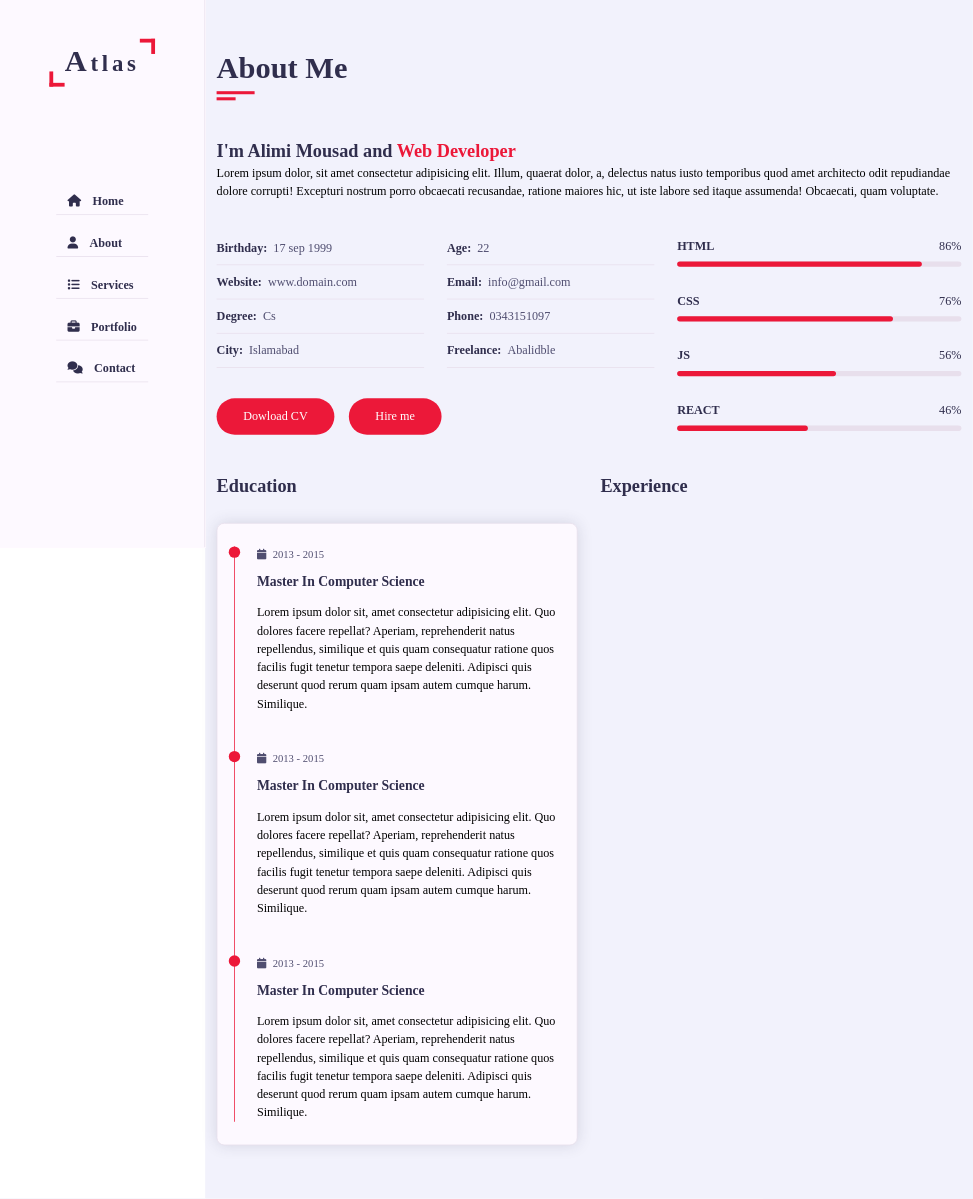
Repository: luanhoang0902/portfolio-ui
Page: index.html
An editor plug-in stored every save of this project. The page is shown before and after a run of saves, followed by the edit.
The browser window is 1280 px wide. The pictures show the whole page, at 76% of full size.
Some web fonts or font styles are not loaded; a fallback is used. Some web libraries are served in a nearby version.

Above is the page before, as saved 2022-06-02 17:23:52.

### index.html
<!DOCTYPE html>
<html lang="en">
  <head>
    <meta charset="UTF-8" />
    <meta http-equiv="X-UA-Compatible" content="IE=edge" />
    <meta name="viewport" content="width=device-width, initial-scale=1.0" />
    <title>Document</title>

    <!--  ===== CSS Files ===== -->
    <link rel="stylesheet" href="./css/style.css" />
    <link rel="stylesheet" href="./css/skins/color-1.css" />
    <link
      rel="stylesheet"
      href="https://cdnjs.cloudflare.com/ajax/libs/font-awesome/6.1.1/css/all.min.css"
    />
  </head>
  <body>
    <!--  ===== Main Container Start> ===== -->
    <div class="main-container">
      <!--  ===== Aside Start> ===== -->
      <div class="aside">
        <div class="logo">
          <a href="#"><span>A</span>tlas</a>
        </div>
        <div class="nav-toggler">
          <span></span>
        </div>
        <ul class="nav">
          <li>
            <a href="#"><i class="fa fa-home" class="active"></i>Home</a>
          </li>
          <li>
            <a href="#"><i class="fa fa-user"></i>About</a>
          </li>
          <li>
            <a href="#"><i class="fa fa-list"></i>Services</a>
          </li>
          <li>
            <a href="#"><i class="fa fa-briefcase"></i>Portfolio</a>
          </li>
          <li>
            <a href="#"><i class="fa fa-comments"></i>Contact</a>
          </li>
        </ul>
      </div>
      <!--  ===== Aside End> ===== -->
      <!--  ===== Main Content Start> ===== -->
      <div class="main-content">
        <!--  ===== Home Selection Start> ===== -->
        <section class="home section hidden">
          <div class="container">
            <div class="row">
              <div class="home-info padd-15">
                <h3 class="hello">
                  Hello, my name is <span class="name">Alimi Mousaad</span>
                </h3>
                <h3 class="my-profession">
                  I'm a <span class="typing">web designer</span>
                </h3>
                <p>
                  Lorem ipsum, dolor sit amet consectetur adipisicing elit.
                  Molestiae quos assumenda at illum nisi dolores sequi quisquam?
                  Eaque, earum temporibus.
                </p>
                <a href="#contact" class="btn hire-me">Hire Me</a>
              </div>
              <div class="home-img">
                <img src="./images/avatar.JPG" alt="" />
              </div>
            </div>
          </div>
        </section>
        <!--  ===== Home Selection End> ===== -->
        <!--  ===== About Selection Start> ===== -->
        <section class="about section padd-15">
          <div class="container">
            <div class="row">
              <div class="section-title padd-15">
                <h2>About Me</h2>
              </div>
            </div>
            <div class="row">
              <div class="about-content padd-15">
                <div class="row">
                  <div class="about-text padd-15">
                    <h3>I'm Alimi Mousad and <span>Web Developer</span></h3>
                    <p>
                      Lorem ipsum dolor, sit amet consectetur adipisicing elit.
                      Illum, quaerat dolor, a, delectus natus iusto temporibus
                      quod amet architecto odit repudiandae dolore corrupti!
                      Excepturi nostrum porro obcaecati recusandae, ratione
                      maiores hic, ut iste labore sed itaque assumenda!
                      Obcaecati, quam voluptate.
                    </p>
                  </div>
                </div>
                <div class="row">
                  <div class="personal-info padd-15">
                    <div class="row">
                      <div class="info-item padd-15">
                        <p>Birthday: <span>17 sep 1999</span></p>
                      </div>
                      <div class="info-item padd-15">
                        <p>Age: <span>22</span></p>
                      </div>
                      <div class="info-item padd-15">
                        <p>Website: <span>www.domain.com</span></p>
                      </div>
                      <div class="info-item padd-15">
                        <p>Email: <span>info@gmail.com</span></p>
                      </div>
                      <div class="info-item padd-15">
                        <p>Degree: <span>Cs</span></p>
                      </div>
                      <div class="info-item padd-15">
                        <p>Phone: <span>0343151097</span></p>
                      </div>
                      <div class="info-item padd-15">
                        <p>City: <span>Islamabad</span></p>
                      </div>
                      <div class="info-item padd-15">
                        <p>Freelance: <span>Abalidble</span></p>
                      </div>
                    </div>
                    <div class="row">
                      <div class="buttons padd-15">
                        <a href="#" class="btn">Dowload CV</a>
                        <a href="#contact" class="btn hire-me">Hire me</a>
                      </div>
                    </div>
                  </div>
                  <div class="skills padd-15">
                    <div class="row">
                      <div class="skill-item padd-15">
                        <h5>HTML</h5>
                        <div class="progress">
                          <div class="progress-in" style="width: 86%"></div>
                          <div class="skill-percent">86%</div>
                        </div>
                      </div>
                      <div class="skill-item padd-15">
                        <h5>CSS</h5>
                        <div class="progress">
                          <div class="progress-in" style="width: 76%"></div>
                          <div class="skill-percent">76%</div>
                        </div>
                      </div>
                      <div class="skill-item padd-15">
                        <h5>JS</h5>
                        <div class="progress">
                          <div class="progress-in" style="width: 56%"></div>
                          <div class="skill-percent">56%</div>
                        </div>
                      </div>
                      <div class="skill-item padd-15">
                        <h5>REACT</h5>
                        <div class="progress">
                          <div class="progress-in" style="width: 46%"></div>
                          <div class="skill-percent">46%</div>
                        </div>
                      </div>
                    </div>
                  </div>
                </div>
                <div class="row">
                  <div class="education padd-15">
                    <h3 class="title">Education</h3>
                    <div class="row">
                      <div class="timeline-box padd-15">
                        <div class="timeline shadow-dark">
                          <!-- ===== timeline item ===== -->
                          <div class="timeline-item">
                            <div class="circle-dot"></div>
                            <h3 class="timeline-date">
                              <i class="fa fa-calendar"></i> 2013 - 2015
                            </h3>
                            <h4 class="timeline-title">
                              Master in Computer Science
                            </h4>
                            <p class="timeline-text">
                              Lorem ipsum dolor sit, amet consectetur
                              adipisicing elit. Quo dolores facere repellat?
                              Aperiam, reprehenderit natus repellendus,
                              similique et quis quam consequatur ratione quos
                              facilis fugit tenetur tempora saepe deleniti.
                              Adipisci quis deserunt quod rerum quam ipsam autem
                              cumque harum. Similique.
                            </p>
                          </div>
                          <!-- ===== timeline item ===== -->
                          <div class="timeline-item">
                            <div class="circle-dot"></div>
                            <h3 class="timeline-date">
                              <i class="fa fa-calendar"></i> 2013 - 2015
                            </h3>
                            <h4 class="timeline-title">
                              Master in Computer Science
                            </h4>
                            <p class="timeline-text">
                              Lorem ipsum dolor sit, amet consectetur
                              adipisicing elit. Quo dolores facere repellat?
                              Aperiam, reprehenderit natus repellendus,
                              similique et quis quam consequatur ratione quos
                              facilis fugit tenetur tempora saepe deleniti.
                              Adipisci quis deserunt quod rerum quam ipsam autem
                              cumque harum. Similique.
                            </p>
                          </div>
                          <!-- ===== timeline item ===== -->
                          <div class="timeline-item">
                            <div class="circle-dot"></div>
                            <h3 class="timeline-date">
                              <i class="fa fa-calendar"></i> 2013 - 2015
                            </h3>
                            <h4 class="timeline-title">
                              Master in Computer Science
                            </h4>
                            <p class="timeline-text">
                              Lorem ipsum dolor sit, amet consectetur
                              adipisicing elit. Quo dolores facere repellat?
                              Aperiam, reprehenderit natus repellendus,
                              similique et quis quam consequatur ratione quos
                              facilis fugit tenetur tempora saepe deleniti.
                              Adipisci quis deserunt quod rerum quam ipsam autem
                              cumque harum. Similique.
                            </p>
                          </div>
                        </div>
                      </div>
                    </div>
                  </div>
                  <div class="experience padd-15">
                    <h3 class="title">Experience</h3>
                  </div>
                </div>
              </div>
            </div>
          </div>
        </section>
        <!--  ===== About Selection End> ===== -->
      </div>
      <!--  ===== Main Content End> ===== -->
    </div>
    <!--  ===== Main Container End> ===== -->
    <!--  ===== JS Files ===== -->
    <script src="js/script.js"></script>
  </body>
</html>

### css/style.css
/* import font chữ vào */
@import url('https://fonts.googleapis.com/css2?family=Clicker+Script&family=Montserrat:ital,wght@1,100&family=Poppins:ital,wght@0,200;0,300;0,400;0,500;0,700;1,600&display=swap');
/* Khai báo biến */
:root
{
    --bg-black-900: #f2f2fc;
    --bg-black-100: #fdf9ff;
    --bg-black-50: #e8dfec;

    --text-black-900: #302e4d;
    --text-black-700: #504e70;
}

body
{
    line-height: 1.5;
    font-size: 16px;
    font-family: 'Poopins' sans-serif;
}

*
{
    margin: 0;
    padding: 0;
    outline: none;
    text-decoration: none;
    box-sizing: border-box;
}

::before,::after {
    box-sizing: border-box;
}

ul
{
    list-style: none;
}
.section
{
    background: var(--bg-black-900);
    min-height: 100vh;
    display: block;
    padding: 0 30px;
    left: 270px;
    opacity: 1;
}
.hidden
{
    display: none !important;
}
.main-content
{
    padding-left: 270px;
}
.padd-15
{
    padding-left: 15px;
    padding-right: 15px;
}
.container
{
    max-width: 1100px;
    width: 100%;
    margin: auto;
}
.section .container
{
    padding-top: 60px;
    padding-bottom: 70px;
}
.section-title
{
     flex: 0 0 100%;
     min-width: 100%;
     margin-bottom: 60px;
}
.section-title h2
{
    font-size: 40px;
    color: var(--text-black-900);
    font-weight: 700;
    position: relative;
}
.section-title h2::before
{
    content: '';
    height: 4px;
    width: 50px;
    background-color: var(--skin-color);
    position:absolute;
    top: 100%;
    left: 0;
}
.section-title h2::after
{
    content: '';
    height: 4px;
    width: 25px;
    background-color: var(--skin-color);
    position:absolute;
    top: 100%;
    left: 0;
    margin-top: 8px;
}
.row
{
    display: flex;
    flex-wrap: wrap;
    margin-left: -15px;
    margin-right: -15px;
    position: relative;
}
.btn
{
    font-size: 16px;
    font-weight: 500;
    padding: 12px 35px;
    color: white;
    border-radius: 40px;
    display: inline-block;
    white-space: nowrap;
    border: none;
    background: var(--skin-color);
    transition: all 0.3s ease;
}
.btn:hover
{
    transform: scale(1.05);
}
.shadow-dark
{
    box-shadow: 0 0 20px rgba(48, 46, 77, 0.15);
}
/* aside */
.aside
{
    position: fixed;
    left: 0;
    top: 0;

    display: flex;
    justify-content: center;
    align-items: center;

    width: 270px;

    background: var(--bg-black-100);

    border-right: 1px solid var(--bg-black-50);
    padding: 30px;
    height: 100%;
    z-index: 10;
}
.aside .logo
{
    position: absolute;
    top: 50px;
    font-size: 30px;
    text-transform: capitalize;
}
.aside .logo a
{
    position: relative;
    color: var(--text-black-900);
    font-weight: 700;

    padding: 15px 20px;
    font-size:30px;
    letter-spacing: 5px;
}
.aside .logo a span
{
    font-family: 'Clicker Script', cursive;
    font-size: 40px;
}
.aside .logo a::before
{
    content: '';
    position: absolute;
    bottom: 0;
    left: 0;
    width: 20px;
    height: 20px;

    border-bottom: 5px solid var(--skin-color);
    border-left: 5px solid var(--skin-color);
}
.aside .logo a::after
{
    content: '';
    position: absolute;
    top: 0;
    right: 0;
    width: 20px;
    height: 20px;

    border-top: 5px solid var(--skin-color);
    border-right: 5px solid var(--skin-color);
}
.aside .nav-toggler
{
    height: 40px;
    width: 45px;
    border: 1px solid var(--bg-black-50);
    cursor: pointer;
    position: fixed;
    left: 300px;
    top: 20px;
    border-radius: 5px;
    background: var(--bg-black-100);
    display: none;
    justify-content: center;
    align-items: center;
}
.aside .nav-toggler span
{
    height: 2px;
    width: 18px;
    background: var(--skin-color);
    display: inline-block;
    position: relative;
}
.aside .nav-toggler span::before
{
    content: '';
    height: 2px;
    width: 18px;
    background: var(--skin-color);
    position: absolute;
    top: -6px;
    left: 0;
}
.aside .nav-toggler span::after
{
    content: '';
    height: 2px;
    width: 18px;
    background: var(--skin-color);
    position: absolute;
    top: 6px;
    left: 0;
}
.aside .nav
{
    margin-top: 50px;
}
.aside .nav li
{
    margin-bottom: 20px;
    display: block;
}
.aside .nav li a
{
    font-size: 16px;
    font-weight: 600;
    display: block;
    border-bottom: 1px solid var(--bg-black-50);
    color: var(--text-black-900);
    padding: 5px 15px;
}
.aside .nav li a.active
{
    color: var(--skin-color);
}
.aside .nav li a i
{
    margin-right: 15px;
}
/* Home */
.home
{
    min-height: 100vh;
    display: flex;
    color: var(--text-black-900);
}
.home .home-info
{
    flex: 0 0 60%;
    min-width: 60%;
}
h3.hello
{
    font-size: 28px;
    margin: 15px 0;
}
h3.hello span
{
    font-family: 'Clicker Script', cursive;
    font-size: 30px;
    font-weight: 700;
    color: var(--skin-color);
}
h3.my-profession
{
    font-size: 30px;
    margin: 15px 0;
}
.typing
{
    color: var(--skin-color);
}
.home-info p
{
    margin-bottom: 70px;
    font-size: 20px;
    color: var(--text-black-700);
}
.home .home-img
{
    flex: 0 0 40%;
    min-width: 40%;
    text-align: center;
    position: relative;

}
.home-img::after
{
    content: '';
    position: absolute;
    height: 80px;
    width: 80px;
    border-bottom: 10px solid var(--skin-color);
    border-right: 10px solid var(--skin-color);
    right: 20px;
    bottom: -40px;
}
.home-img::before
{
    content: '';
    position: absolute;
    height: 80px;
    width: 80px;
    border-top: 10px solid var(--skin-color);
    border-left: 10px solid var(--skin-color);
    left: 20px;
    top: -40px;
}
.home .home-img img
{
    height: 400px;
    width: 300px;
    object-fit: cover;

    margin: auto;
    border-radius: 5px;
}
/* About */
.about .about-content
{
    flex: 0 0 100%;
    min-width: 100%;

}
.about .about-content .about-text
{
    flex: 0 0 100%;
    max-width: 100%;
}
.about .about-content .about-text h3
{
    font-size: 24px;
    border-bottom: 15px;
    font-weight: 700;
    color: var(--text-black-900);
}
.about .about-content .about-text h3 span
{
    color: var(--skin-color);
}
.about .about-content .personal-info
{
    flex: 0 0 60%;
    max-width: 60%;
    margin-top: 40px;
}
.about .about-content .personal-info .info-item
{
    flex: 0 0 50%;
    max-width: 100%;
}
.about .about-content .personal-info .info-item p
{
    font-weight: 600;
    padding: 10px 0;
    font-size: 16px;
    color: var(--text-black-900);
    border-bottom: 1px solid var(--bg-black-50);
}
.about .about-content .personal-info .info-item p span
{
    font-weight: 400;
    color: var(--text-black-700);
    margin-left: 4px;
    display: inline-block;

}
.about .about-content .personal-info .buttons
{
    margin-top: 30px;

}
.about .about-content .personal-info .buttons .btn
{
    margin-right: 15px;
    margin-top: 10px;
}
.about .about-content .skills
{
    flex: 0 0 40%;
    max-width: 40%;
    margin-top: 40px;
}
.about .about-content .skills .skill-item
{
    flex: 0 0 100%;
    max-width: 100%;
}
.about .about-content .skills .skill-item h5
{
    line-height: 40px;
    font-weight: 600;
    font-size: 16px;
    color: var(--text-black-900);
    text-transform: capitalize;
}
.about .about-content .skills .skill-item .progress
{
    background: var(--bg-black-50);
    height: 7px;
    border-radius: 4px;
    width: 100%;
    position: relative;
}
.about .about-content .skills .skill-item
{
    margin-bottom: 25px;

}
.about .about-content .skills .skill-item .progress-in
{
    position: absolute;
    left: 0;
    top: 0;
    height: 100%;
    border-radius: 4px;
    background-color: var(--skin-color);
}
.about .about-content .skills .skill-item .skill-percent
{
    position: absolute;
    right: 0;
    color: var(--text-black-900);
    top: -40px;
    font-weight: 400;
    line-height: 40px;
}
.about .about-content .education,
.about .about-content .experience
{
    flex: 0 0 50%;
    max-width: 50%;
    margin-top: 30px;
}
.about .about-content h3.title
{
    font-size: 24px;
    margin-bottom: 30px;
    font-weight: 700;
    color: var(--text-black-900);

}
.about .about-content .timeline-box
{
    flex: 0 0 100%;
    max-width: 100%;
}
.about .about-content .timeline
{
    background: var(--bg-black-100);
    padding: 30px 15px;
    border: 1px solid var(--bg-black-50);
    border-radius: 10px;
    width: 100%;
    position: relative;
}
.about .about-content .timeline .timeline-item
{
    position: relative;
    padding-left: 37px;
    padding-bottom: 50px;

}
.about .about-content .timeline .timeline-item:last-child
{
    padding-bottom: 0;
}
.about .about-content .timeline .timeline-item::before
{
    content: '';
    width: 1px;
    position: absolute;
    height: 100%;
    left: 7px;
    top: 0;
    background: var(--skin-color);
}
.about .about-content .timeline .circle-dot
{
    position: absolute;
    left: 0;
    top: 0;
    height: 15px;
    width: 15px;
    border-radius: 50%;
    background: var(--skin-color);
}
.about .about-content .timeline .timeline-date
{
    font-weight: 400;
    font-size: 14px;
    margin-bottom: 12px;
    color: var(--text-black-700);
}
.about .about-content .timeline .timeline-date .fa
{
    margin-right: 5px;
}
.about .about-content .timeline .timeline-title
{
    font-weight: 700;
    font-size: 18px;
    margin-bottom: 15px;
    text-transform: capitalize;
    color: var(--text-black-900);
}

Loaded but not shown: css/skins/color-1.css (common file); js/script.js (no copy from this time; the picture is the same without it)

After the next 2 saves:
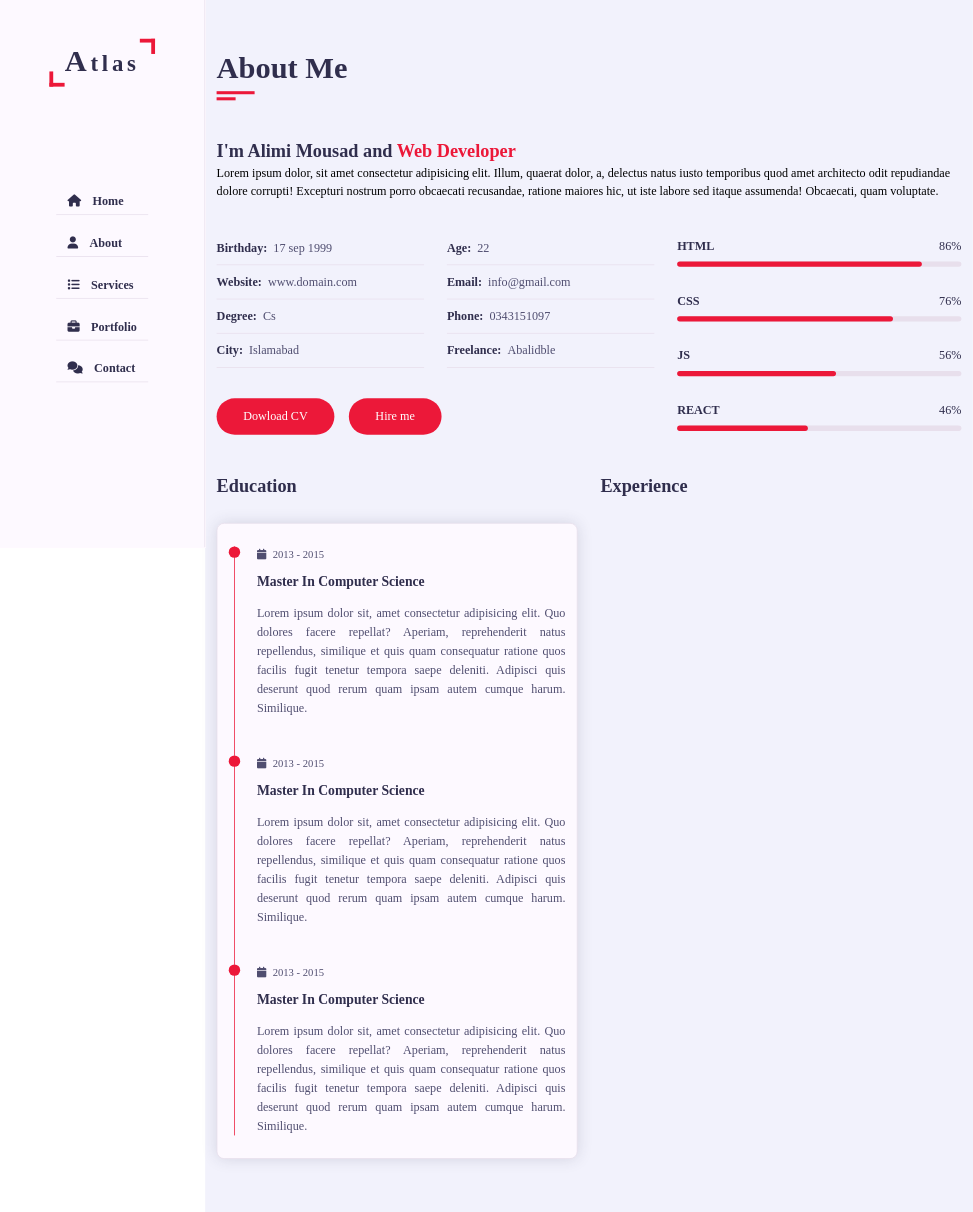
The 2 saves are shown as one change because they came seconds apart.
The last was saved 73 s later.
--- a/css/style.css
+++ b/css/style.css
@@ -533,3 +533,9 @@
     text-transform: capitalize;
     color: var(--text-black-900);
 }
+.about .about-content .timeline .timeline-text{
+    line-height: 25px;
+    font-size: 16px;
+    text-align: justify;
+    color: var(--text-black-700);
+}
